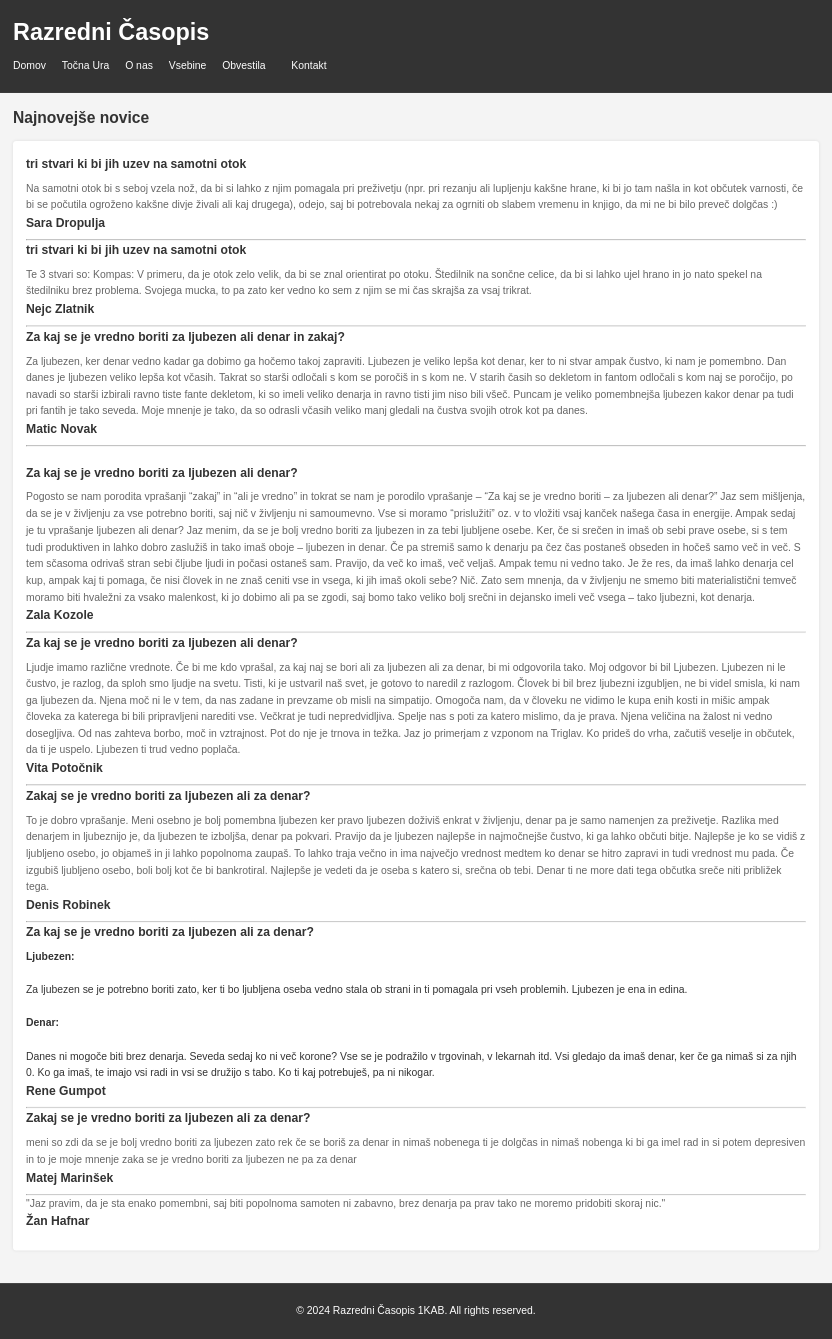
Repository: razrednicasopis/razrednicasopis.github.io
Page: Resources/casopis-html.html
An editor plug-in stored every save of this project. The page is shown before and after the next save, followed by the edit.
The browser window is 1280 px wide. The pictures show the whole page, at 65% of full size.

Above is the page before, as saved 2024-01-23 09:10:12.
Console error: TypeError: Cannot read properties of null (reading 'addEventListener')

### Resources/casopis-html.html
<!DOCTYPE html>
<html lang="en">
<head>
  <meta charset="UTF-8">
  <meta name="viewport" content="width=device-width, initial-scale=1.0">
  <link rel="stylesheet" href="styless.css">
  <link rel="stylesheet" href="system.css">
  <title>Razredni Časopis</title>
</head>
<body>


<div id="wrapper">
<div id="vrstica">
<header>
  <h1>Razredni Časopis</h1>
  <nav>
    <ul>
      <li><a href="#">Domov</a></li>
      <li><a href="Ura.html">Točna Ura</a></li>
      <li><a href="admin.html">O nas</a></li>
      <li><a href="vsebine.html">Vsebine </a></li>
      <li><a href="obvestila.html">Obvestila</a></li>
      <li><a href="#" id="showPopupLink">Kontakt</a></li>
    </ul>
  </nav>
</header>
</div>

<main>
  <section class="novice">
    <h2>Najnovejše novice</h2>
    <article>
      <h3>tri stvari ki bi jih uzev na samotni otok</h3>
      <p>Na samotni otok bi s seboj vzela nož, da bi si lahko z njim pomagala pri preživetju (npr. pri rezanju ali lupljenju kakšne hrane, ki bi jo tam našla in kot občutek varnosti, če bi se počutila ogroženo kakšne divje živali ali kaj drugega), odejo, saj bi potrebovala nekaj za ogrniti ob slabem vremenu in knjigo, da mi ne bi bilo preveč dolgčas :)

</p>
<h3>Sara Dropulja</h3>
<hr>
      <h3>tri stvari ki bi jih uzev na samotni otok</h3>
            <p>Te 3 stvari so:
Kompas: V primeru, da je otok zelo velik, da bi se znal orientirat po otoku.
Štedilnik na sončne celice, da bi si lahko ujel hrano in jo nato spekel na štedilniku brez problema.
Svojega mucka, to pa zato ker vedno ko sem z njim se mi čas skrajša za vsaj trikrat.
<h3>Nejc Zlatnik</h3>
</p>
<hr>
<h3>Za kaj se je vredno boriti za ljubezen ali denar in zakaj?</h3>
  <p>Za ljubezen, ker denar vedno kadar ga dobimo ga hočemo takoj zapraviti. Ljubezen je veliko lepša kot denar, ker to ni stvar ampak čustvo, ki nam je pomembno. Dan danes je ljubezen veliko lepša kot včasih. Takrat so starši odločali s kom se poročiš in s kom ne. V starih časih so dekletom in fantom odločali s kom naj se poročijo, po navadi so starši izbirali ravno tiste fante dekletom, ki so imeli veliko denarja in ravno tisti jim niso bili všeč. Puncam je veliko pomembnejša ljubezen kakor denar pa tudi pri fantih je tako seveda. Moje mnenje je tako, da so odrasli včasih veliko manj gledali na čustva svojih otrok kot pa danes.

<h3>Matic Novak</h3></p>

<hr>
<br>
<h3>Za kaj se je vredno boriti za ljubezen ali denar?
</h3>
<p>Pogosto se nam porodita vprašanji “zakaj” in “ali je vredno” in tokrat se nam je porodilo vprašanje – “Za kaj se je vredno boriti – za ljubezen ali denar?”
Jaz sem mišljenja, da se je v življenju za vse potrebno boriti, saj nič v življenju ni samoumevno. Vse si moramo “prislužiti” oz. v to vložiti vsaj kanček našega časa in energije.
Ampak sedaj je tu vprašanje ljubezen ali denar? Jaz menim, da se je bolj vredno boriti za ljubezen in za tebi ljubljene osebe. Ker, če si srečen in imaš ob sebi prave osebe, si s tem tudi produktiven in lahko dobro zaslužiš in tako imaš oboje – ljubezen in denar.
Če pa stremiš samo k denarju pa čez čas postaneš obseden in hočeš samo več in več. S tem sčasoma odrivaš stran sebi čljube ljudi in počasi ostaneš sam.
Pravijo, da več ko imaš, več veljaš. Ampak temu ni vedno tako. Je že res, da imaš lahko denarja cel kup, ampak kaj ti pomaga, če nisi človek in ne znaš ceniti vse in vsega, ki jih imaš okoli sebe? Nič. Zato sem mnenja, da v življenju ne smemo biti materialistični temveč moramo biti hvaležni za vsako malenkost, ki jo dobimo ali pa se zgodi, saj bomo tako veliko bolj srečni in dejansko imeli več vsega – tako ljubezni, kot denarja.<br>
<h3>Zala Kozole</h3>
</p>
<hr>
<h3>Za kaj se je vredno boriti za ljubezen ali denar?</h3>
<p>Ljudje imamo različne vrednote. Če bi me kdo vprašal, za kaj naj se bori ali za ljubezen ali za denar, bi mi odgovorila tako. Moj odgovor bi bil Ljubezen.
Ljubezen ni le čustvo, je razlog, da sploh smo ljudje na svetu. Tisti, ki je ustvaril naš svet, je gotovo to naredil z razlogom. Človek bi bil brez ljubezni izgubljen, ne bi videl smisla, ki nam ga ljubezen da. Njena moč ni le v tem, da nas zadane in prevzame ob misli na simpatijo. Omogoča nam, da v človeku ne vidimo le kupa enih kosti in mišic ampak človeka za katerega bi bili pripravljeni narediti vse. Večkrat je tudi nepredvidljiva. Spelje nas s poti za katero mislimo, da je prava. Njena veličina na žalost ni vedno dosegljiva. Od nas zahteva borbo, moč in vztrajnost. Pot do nje je trnova in težka. Jaz jo primerjam z vzponom na Triglav. Ko prideš do vrha, začutiš veselje in občutek, da ti je uspelo. Ljubezen ti trud vedno poplača.
</p>
      <h3>Vita Potočnik</h3>
      <hr>
      <h3>Zakaj se je vredno boriti za ljubezen ali za denar?
</h3>
<P>To je dobro vprašanje. Meni osebno je bolj pomembna ljubezen ker pravo ljubezen doživiš enkrat v življenju, denar pa je samo namenjen za preživetje. Razlika med denarjem in ljubeznijo je, da ljubezen te izboljša, denar pa pokvari. Pravijo da je ljubezen najlepše in najmočnejše čustvo, ki ga lahko občuti bitje. Najlepše je ko se vidiš z ljubljeno osebo, jo objameš in ji lahko popolnoma zaupaš. To lahko traja večno in ima največjo vrednost medtem ko denar se hitro zapravi in tudi vrednost mu pada. Če izgubiš ljubljeno osebo, boli bolj kot če bi bankrotiral. Najlepše je vedeti da je oseba s katero si, srečna ob tebi. Denar ti ne more dati tega občutka sreče niti približek tega.</P>
<h3>Denis Robinek</h3>
<hr>
<h3>Za kaj se je vredno boriti za ljubezen ali za denar?</h3>
<p><h4>Ljubezen:</h4><br>
Za ljubezen se je potrebno boriti zato, ker ti bo ljubljena oseba vedno stala ob strani in ti pomagala pri vseh problemih. Ljubezen je ena in edina.<br>
<br>
<h4>Denar:</h4>
<br>
Danes ni mogoče biti brez denarja. Seveda sedaj ko ni več korone? Vse se je podražilo v trgovinah, v lekarnah itd. Vsi gledajo da imaš denar, ker če ga nimaš si za njih 0. Ko ga imaš, te imajo vsi radi in vsi se družijo s tabo. Ko ti kaj potrebuješ, pa ni nikogar.
<h3>Rene Gumpot</h3></p>
<hr>
<h3>Zakaj se je vredno boriti za ljubezen ali za denar?</h3>
<p>meni so zdi da se je bolj vredno boriti za ljubezen zato rek če se boriš
za denar in nimaš nobenega ti je dolgčas in nimaš nobenga ki bi ga imel rad in si potem depresiven
in to je moje mnenje zaka se je vredno boriti za ljubezen ne pa za denar

<h3>Matej Marinšek</h3></p>
<hr>
    <p>"Jaz pravim, da je sta enako pomembni, saj biti popolnoma samoten ni zabavno, brez denarja pa prav tako ne moremo pridobiti skoraj nic."

<h3>Žan Hafnar</h3></p>


    </article>
    <!-- Dodaj več novic -->
  </section>

</main>
</div>

<footer>
  <p>&copy; 2024 Razredni Časopis 1KAB. All rights reserved.
  </footer>



<!--Od tu naprej je koda za razne stvari kot so popupi-->

<div id="popupContainer">
<div class="overlay" id="overlay">
  <div id="popupContent">
      <h1><b>NEDOSEGLJIVE VSEBINE</b></h1>
      <p>Te vsebine bodo na voljo v naslednjih verzijah strani.
      <p>Obiščite <a href="obvestila.html">obvestila</a> za več novic.<p><br>
      <span class="closePopupBtn">V redu</span>
  </div>
</div>

<script src="alerts.js"></script>

</body>
</html>

### Resources/styless.css
* {
  margin: 0;
  padding: 0;
  box-sizing: border-box;
}

/* Globalni slogi */
body {
  font-family: Arial, sans-serif;
  line-height: 1.6;
  background-color: #f4f4f4;
  color: #333;
  margin: 0;
  padding: 0;
}


.container {
    text-align: center;
    margin-top: 50px;
}

.border-box {
    display: inline-block;
    padding: 200px;
    width: 550px;
    height: 500px;
    border: 5px solid #333; /* Set your desired border color */
    border-radius: 30px; /* Set the border radius for slightly curved corners */
    background-color: #333; /* Set your desired background color inside the border */
}

form textarea {
  width: 100%;
  padding: 8px;
  justify-content: left;
  margin-left: auto;

  margin-bottom: 10px;
}

header {
  background: #333;
  color: #fff;
  padding: 20px;
}

header h1 {
  margin: 0;
  font-size: 36px;
}

nav ul {
  list-style: none;
}

nav ul li {
  display: inline;
  margin-right: 20px;
}

nav ul li a {
  color: #fff;
  text-decoration: none;
}

main {
  padding: 20px;
}

section {
  margin-bottom: 30px;
}

section h2 {
  margin-bottom: 15px;
}

article {
  background: #fff;
  padding: 20px;
  border-radius: 5px;
  box-shadow: 0 0 5px rgba(0, 0, 0, 0.1);
}

article h3 {
  margin-bottom: 10px;
}

article p {
  color: #666;
}

article a {
  display: inline-block;
  margin-top: 10px;
  text-decoration: none;
  color: #333;
  border-bottom: 1px solid #333;
  padding-bottom: 2px;
}

article a:hover {
  color: #000;
  border-color: #000;
}

.wrapper {
  flex: 1;
}

footer {
  text-align: center;
  padding: 30px;
  background-color: #333;
  color: #fff;
  position: absolute;
  bottom: auto;
  width: 100%;
  text-align: center;
}

### Resources/system.css
/* Koda za "Coming Soon" pop-up */

#popupContainer {
    display: none;
    position: fixed;
    top: 50%;
    left: 50%;
    transform: translate(-50%, -50%);
    background-color: #ffffff;
    box-shadow: 0 4px 8px rgba(0, 0, 0, 0.1);
    padding: 20px;
    border-radius: 10px;
    text-align: center;
  }


  #popupContent {
    max-width: 400px;
    margin: 0 auto;
  }

  #closePopupBtn {
    background-color: #3498db;
    color: #ffffff;
    padding: 10px 15px;
    border: none;
    border-radius: 5px;
    cursor: pointer;
  }

  #closePopupBtn:hover {
      background-color: #4da8e1;
  }

  #showPopupLink {
    display: inline-block;
    padding: 10px 15px;
    color: #ffffff;
    text-decoration: none;
    border-radius: 5px;
    cursor: pointer;
  }

#showPopupLink.popupActive {
    background-color: #ff6600;
    color: #ffffff;
}


/* Koda za "Kontakt" obrazec */

#contactform {
    align-self: center;
    }

### Resources/alerts.js
document.getElementById('showPopupLink').addEventListener('click', function(event) {
    event.preventDefault();
    document.getElementById('popupContainer').style.display = 'block';
    document.body.classList.add('blur-background');
});

document.getElementById('closePopupBtn').addEventListener('click', function() {
    document.getElementById('popupContainer').style.display = 'none';
    document.body.classList.remove('blur-background');
});

After the next save:
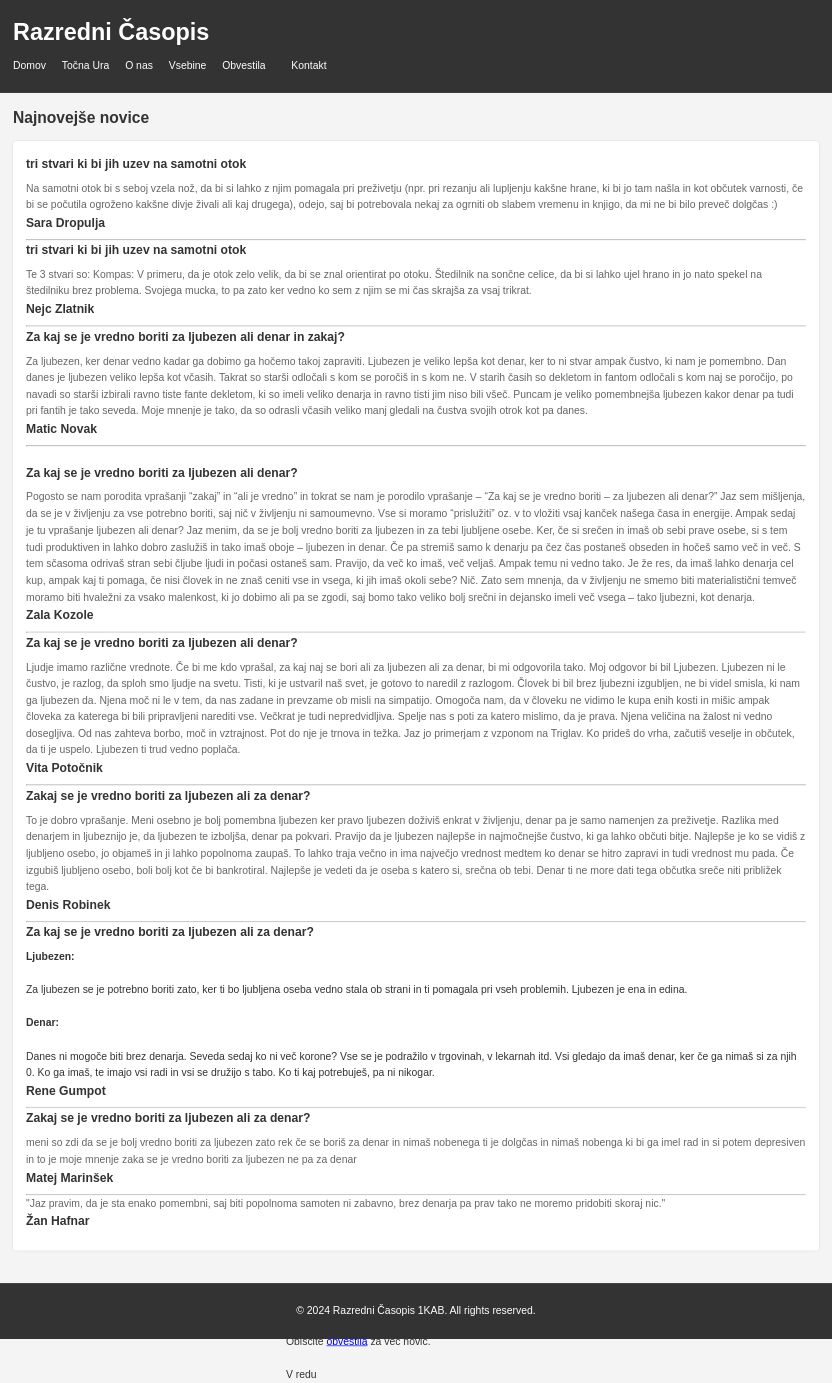
Saved 25 s later.
--- a/Resources/casopis-html.html
+++ b/Resources/casopis-html.html
@@ -109,7 +109,7 @@ in to je moje mnenje zaka se je vredno boriti za ljubezen ne pa za denar
 
 <!--Od tu naprej je koda za razne stvari kot so popupi-->
 
-<div id="popupContainer">
+
 <div class="overlay" id="overlay">
   <div id="popupContent">
       <h1><b>NEDOSEGLJIVE VSEBINE</b></h1>
